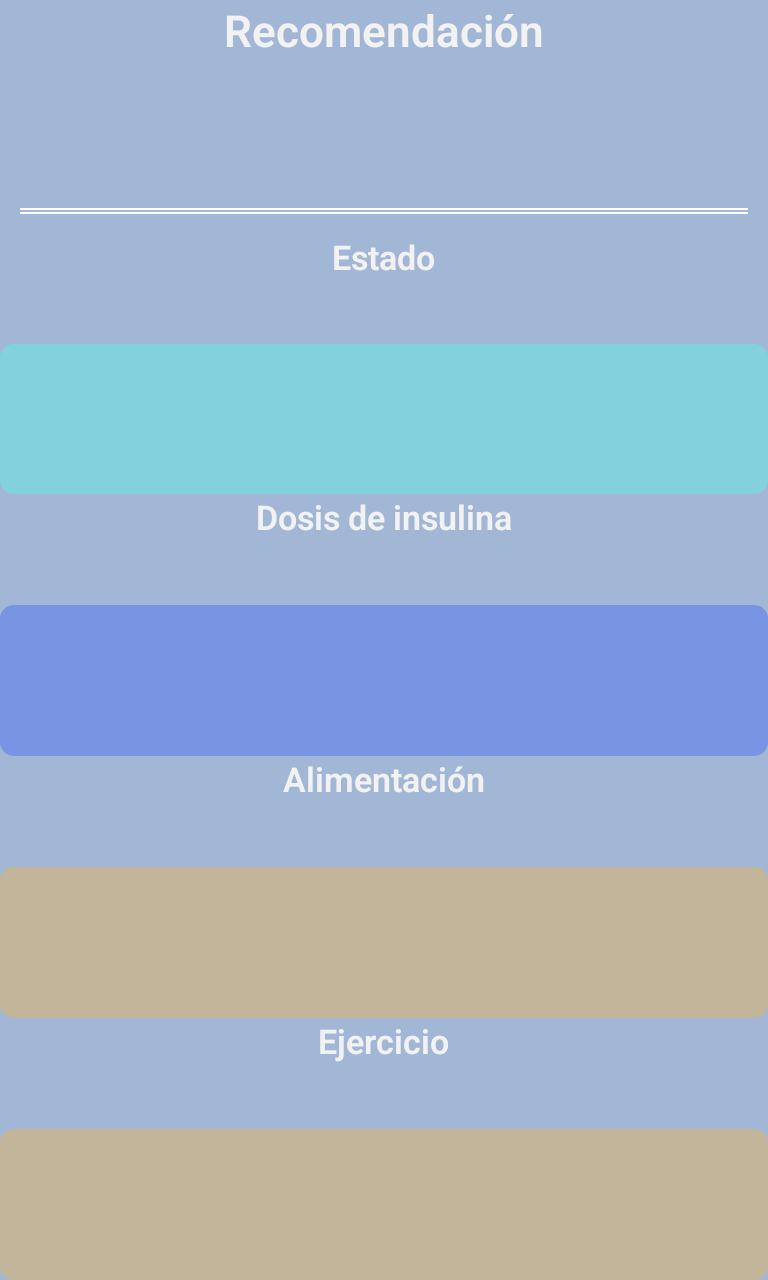
Repository: HectorGarciaMiguel/ssii-diabetes-060036
Layout: SeguimientoDiabetes/res/layout/activity_recomendacion.xml
The author's editor kept a copy of each file at every save. The layout is drawn from the files as they stood at one save, then again after the next save.
It is drawn on a 768 x 1280 px phone screen (xhdpi) without system bars, with theme AppTheme; the app's code is not run.

Above is the layout before, as saved 2015-11-17 10:30:13.

After the next save:
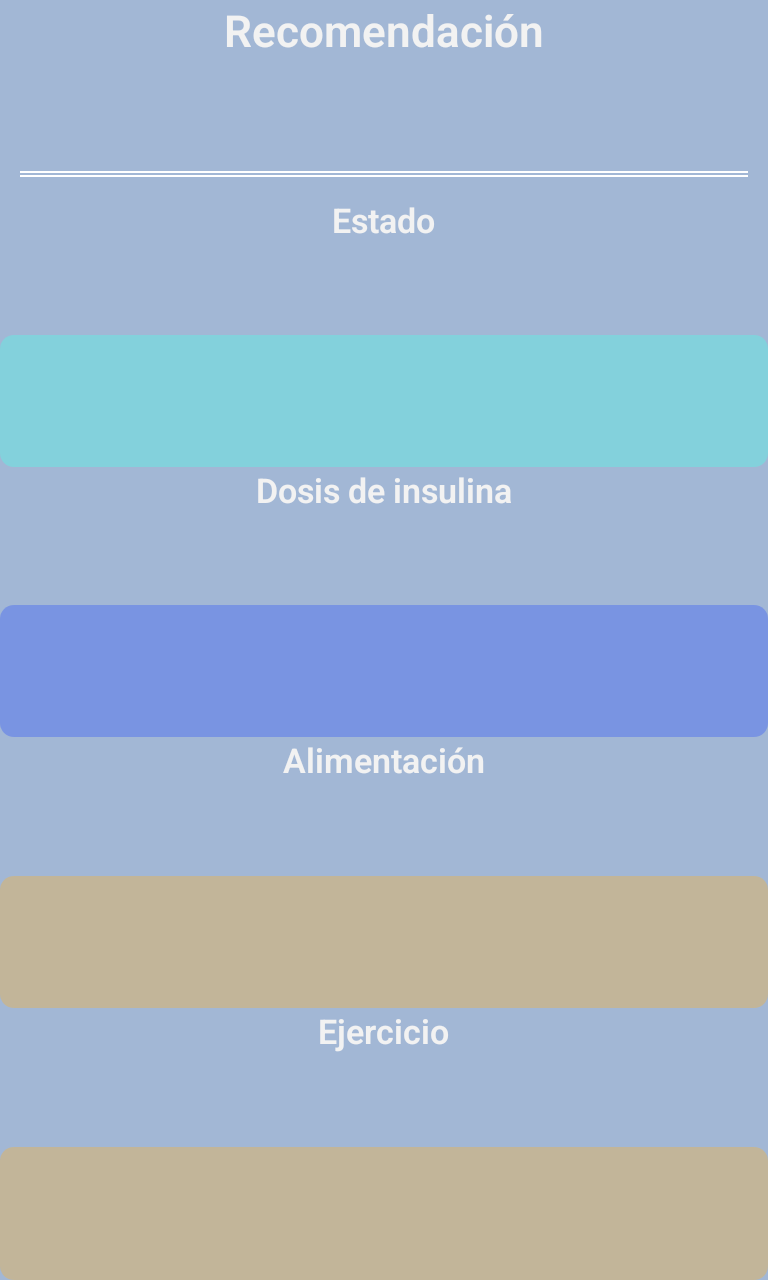
Saved 59 s later.
--- a/SeguimientoDiabetes/res/layout/activity_recomendacion.xml
+++ b/SeguimientoDiabetes/res/layout/activity_recomendacion.xml
@@ -43,7 +43,7 @@
         android:id="@+id/tableRow8"
         android:layout_width="0px"
         android:layout_height="0px"
-        android:layout_weight="1">
+        android:layout_weight="2">
 
         <TextView
             android:id="@+id/textView8"
@@ -74,12 +74,12 @@
         android:id="@+id/tableRow2"
         android:layout_width="0px"
         android:layout_height="0px"
-        android:layout_weight="1" >
+        android:layout_weight="2" >
 
         <TextView
             android:id="@+id/textView2"
             android:layout_width="wrap_content"
-            android:layout_height="match_parent"
+            android:layout_height="fill_parent"
             android:text="Dosis de insulina"
             android:layout_gravity="center_horizontal|center_vertical"
             android:textStyle="bold" />
@@ -105,7 +105,7 @@
         android:id="@+id/tableRow4"
         android:layout_width="0px"
         android:layout_height="0px"
-        android:layout_weight="1" >
+        android:layout_weight="2" >
 
         <TextView
             android:id="@+id/textView4"
@@ -136,7 +136,7 @@
         android:id="@+id/tableRow6"
         android:layout_width="0px"
         android:layout_height="0px"
-        android:layout_weight="1" >
+        android:layout_weight="2" >
 
         <TextView
             android:id="@+id/textView6"
